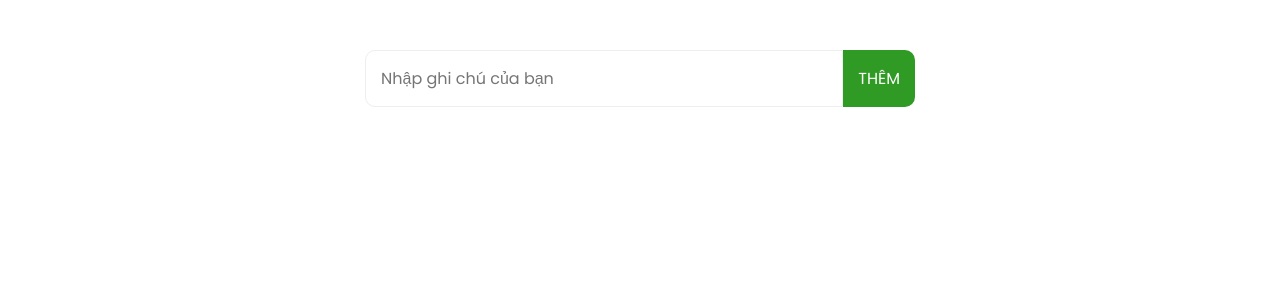
Repository: Nqvinh7603/TO-DO-LIST
Page: index.html
These files come from the project's save history. The page is drawn as it stood at one moment and after the next save; the edit follows.
The browser window is 1280 px wide. The pictures show the whole page.

Above is the page before, as saved 2023-12-28 09:40:57.

After the next save:
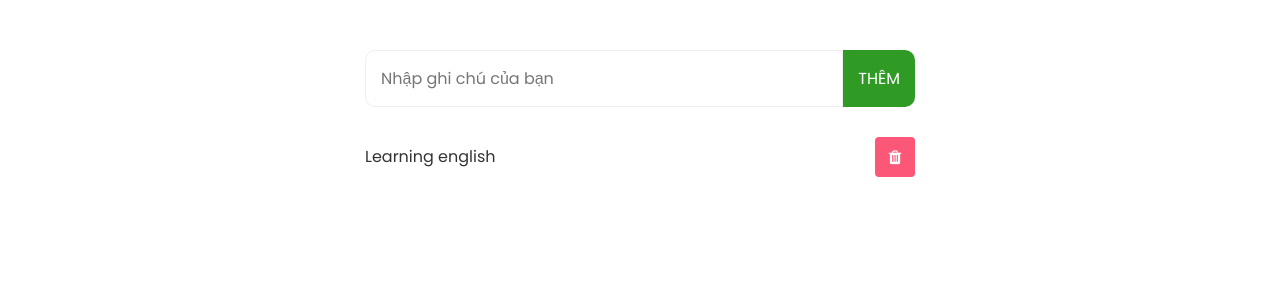
Saved 40 s later.
--- a/index.html
+++ b/index.html
@@ -20,10 +20,10 @@
       <button class="todo-submit" type="submit">THÊM</button>
     </form>
     <div class="todo-list">
-      <!-- <div class="todo-item">
-          <span class="todo-text">Learning english</span>
-          <i class="fa fa-trash todo-remove" data-value="Learning english"></i>
-        </div> -->
+      <div class="todo-item">
+        <span class="todo-text">Learning english</span>
+        <i class="fa fa-trash todo-remove" data-value="Learning english"></i>
+      </div>
     </div>
   </div>
   <script src="./final.js"></script>

After the save that followed:
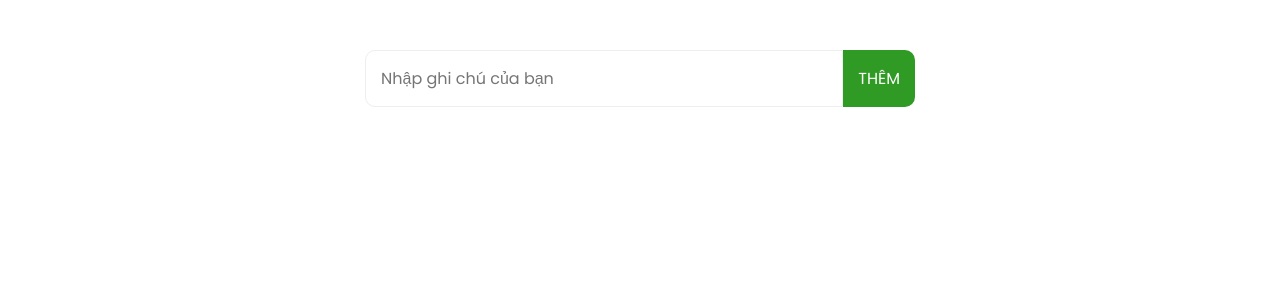
Saved 24 s later.
--- a/index.html
+++ b/index.html
@@ -20,10 +20,7 @@
       <button class="todo-submit" type="submit">THÊM</button>
     </form>
     <div class="todo-list">
-      <div class="todo-item">
-        <span class="todo-text">Learning english</span>
-        <i class="fa fa-trash todo-remove" data-value="Learning english"></i>
-      </div>
+
     </div>
   </div>
   <script src="./final.js"></script>
